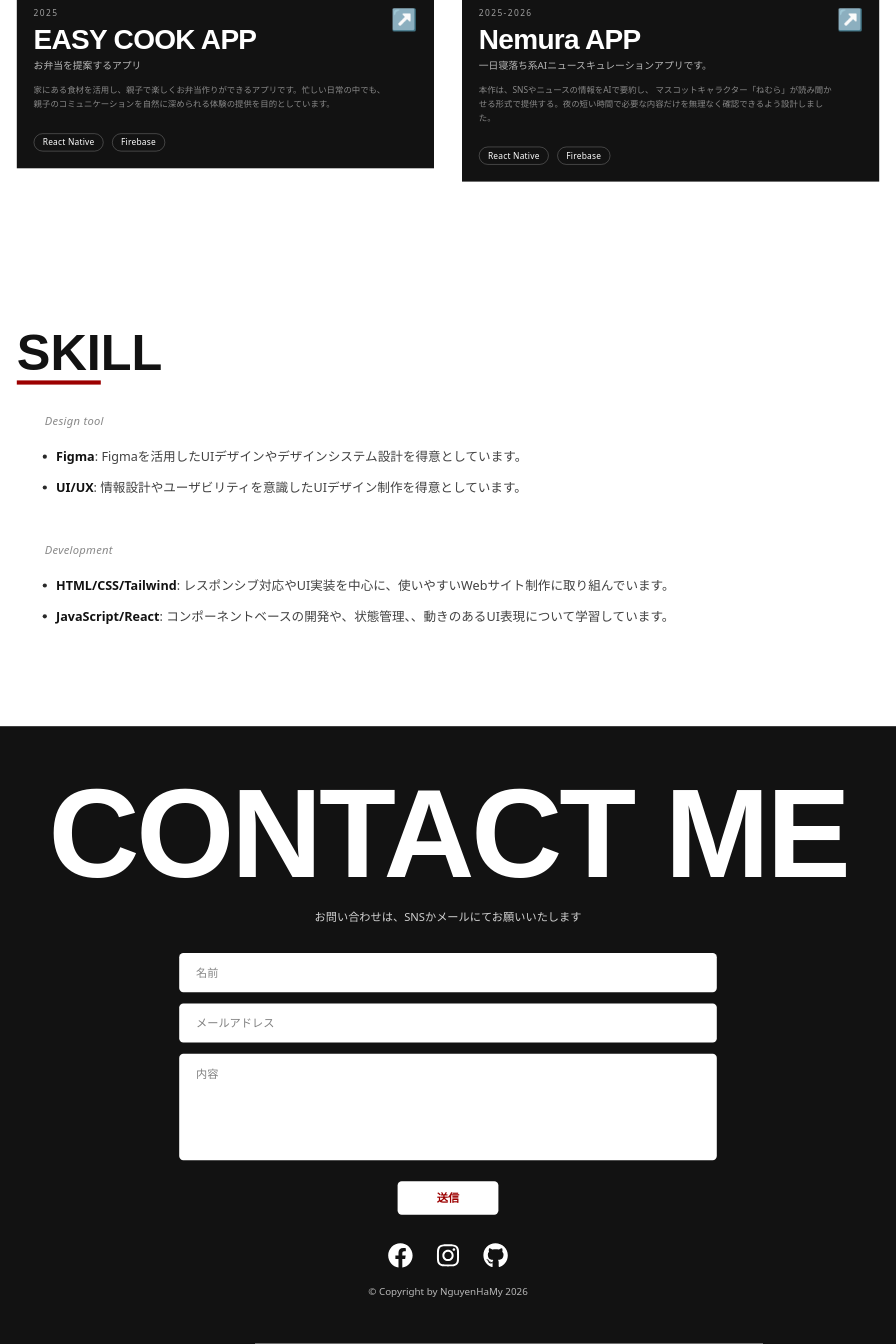
Repository: meme2603/Portfolio-HaMy
Page: / (app in my-portfolio/)
An editor plug-in stored every save of this project. The page is shown before and after the next save, followed by the edit.
The browser window is 1280 px wide. The pictures show the part of the page from y = 4338 to 6258 px (the page is 6258 px tall before and 6238 px after), at 70% of full size.
Some web fonts or font styles are not loaded; a fallback is used. The project was rebuilt for these pictures with package versions that can differ from the ones it lists, and the page was loaded fresh each time. Also part of the build but not shown: my-portfolio/vite.config.js.

Above is the page before, as saved 2026-05-29 14:54:07.

### my-portfolio/index.html
<!doctype html>
<html lang="ja">
  <head>
    <meta charset="UTF-8" />

    <link rel="icon" type="image/png" href="/memex2.png" />
    <meta name="viewport" content="width=device-width, initial-scale=1.0" />
    <title>My Portfolio</title>
    <link rel="preconnect" href="https://fonts.googleapis.com" />
    <link rel="preconnect" href="https://fonts.gstatic.com" crossorigin />
    <link
      href="https://fonts.googleapis.com/css2?family=Akshar:wght@300..700&family=Poppins:wght@300;400;600;700&display=swap"
      rel="stylesheet"
    />
  </head>
  <body>
    <div id="root"></div>

    <script type="module" src="/src/main.jsx"></script>
  </body>
</html>

### my-portfolio/src/main.jsx
import React from "react";
import ReactDOM from "react-dom/client";
import App from "./App";
import "./index.css";

ReactDOM.createRoot(document.getElementById("root")).render(
  <React.StrictMode>
    <App />
  </React.StrictMode>,
);

### my-portfolio/src/App.jsx
import Header from "./components/Header";
import Hero from "./components/Hero";
import About from "./components/About";
import Projects from "./components/Projects";
import Skills from "./components/Skills";
import Contact from "./components/Contact";
function App() {
  return (
    <div className="App">
      <Header />
      <Hero />
      <About />
      <Projects />
      <Skills />
      <Contact />
    </div>
  );
}

export default App;

### my-portfolio/src/index.css
@import "tailwindcss";
@theme {
  --color-primary: #9c0000;
  --color-background: #fff;
  --color-font: #121212;

  --opacity-overlay: 0.65;
  --opacity-glass: 0.1;

  --font-poppins: "Poppins", sans-serif;
  --font-akshar: "Akshar", sans-serif;
}

### my-portfolio/src/components/Header.jsx
import { useState } from "react";
function MenuItem({ text }) {
  return (
    <li>
      <a
        href={`#${text.toLowerCase()}`}
        className="text-primary text-xl relative group transition-colors"
      >
        {text}
        <span
          className="
            absolute left-0 -bottom-[4px] w-0 h-[1px] bg-primary
            transition-all duration-300 group-hover:w-full
          "
        ></span>
      </a>
    </li>
  );
}

function Header() {
  const [isOpen, setIsOpen] = useState(false);
  const menuItems = ["About", "Projects", "Contact"];
  return (
    <header className="fixed top-0 left-0 w-full h-24 bg-background border-b border-gray-300 z-60">
      <div className="max-w-7xl mx-auto h-full px-6 flex justify-between items-center">
        <div className="shrink-0">
          <a
            href="/"
            className="text-4xl text-primary font-semibold font-akshar"
          >
            HA MY
          </a>
        </div>

        <nav className="hidden lg:block">
          <ul className="flex space-x-10">
            {menuItems.map((item) => (
              <MenuItem key={item} text={item} />
            ))}
          </ul>
        </nav>

        <button
          onClick={() => setIsOpen(!isOpen)}
          className="block lg:hidden text-primary focus:outline-none z-50"
          aria-label="Menu"
        >
          <svg
            xmlns="http://www.w3.org/2000/svg"
            className="h-8 w-8"
            fill="none"
            viewBox="0 0 24 24"
            stroke="currentColor"
          >
            <path
              strokeLinecap="round"
              strokeLinejoin="round"
              strokeWidth="2"
              d={isOpen ? "M6 18L18 6M6 6l12 12" : "M4 6h16M4 12h16M4 18h16"}
            />
          </svg>
        </button>

        <div
          className={`
            absolute top-24 left-0 w-full bg-background border-b border-gray-300
            flex flex-col items-center shadow-lg lg:hidden
            overflow-hidden transition-all duration-700 ease-in-out
            ${isOpen ? "max-h-96 opacity-100 py-8 space-y-6" : "max-h-0 opacity-0 py-0 space-y-0 border-none"}
          `}
        >
          <div className="flex flex-col items-center w-full py-6 space-y-6">
            <a
              href="#about"
              onClick={() => setIsOpen(false)}
              className="text-primary text-2xl transition-opacity duration-700"
            >
              About
            </a>
            <a
              href="#projects"
              onClick={() => setIsOpen(false)}
              className="text-primary text-2xl transition-opacity duration-700"
            >
              Projects
            </a>
            <a
              href="#contact"
              onClick={() => setIsOpen(false)}
              className="text-primary text-2xl transition-opacity duration-700"
            >
              Contact
            </a>
          </div>
        </div>
      </div>
    </header>
  );
}

export default Header;

### my-portfolio/src/components/About.jsx
import aboutImg from "../assets/about.jpg";
function About() {
  return (
    <section className="relative w-full h-auto py-24 bg-background overflow-hidden mt-16">
      <div className="max-w-7xl mx-auto px-6 md:px-10">
        {/* TITLE */}
        <div className="mb-16">
          <h1 className="text-5xl md:text-6xl lg:text-7xl font-bold font-akshar text-font leading-none">
            ABOUT ME
          </h1>

          <div className="w-[80px] md:w-[100px] lg:w-[120px] lg:h-[6px] md:h-[5px] h-[4px] bg-primary mt-1"></div>
        </div>

        {/* CONTENT */}
        <div className="flex flex-col lg:flex-row items-center lg:items-start gap-16">
          {/* LEFT */}
          <div className="w-full lg:w-[380px] shrink-0">
            <div className="bg-white rounded-2xl shadow-md p-5">
              <img
                src={aboutImg}
                alt="About Me"
                className="w-full  h-[300px] object-cover rounded-xl"
              />

              <div className="mt-5">
                <h2 className="text-3xl font-akshar font-bold tracking-wide text-font">
                  NGUYEN THI HA MY
                </h2>

                <p className="text-font/70 text-lg mt-1">2001.03.30</p>
              </div>

              <div className="flex gap-3 mt-6">
                <span className="border border-font rounded-full px-4 py-2 text-sm">
                  UI/UX Designer
                </span>

                <span className="border border-font rounded-full px-4 py-2 text-sm">
                  Design Engineer
                </span>
              </div>
            </div>
          </div>

          {/* RIGHT */}
          <div className="flex-1 max-w-[760px]">
            <h2 className="text-2xl md:text-3xl font-semibold font-akshar text-primary tracking-[4px] mb-8">
              PROFILE!!
            </h2>

            <div className="space-y-6 text-font leading-[2.2] text-sm md:text-base lg:text-lg">
              <p>
                ベトナム出身の
                <span className="font-semibold">
                  グエン ティ ハ ミー（ NGUYEN THI HA MY）
                </span>
                です。
              </p>

              <p>
                現在は専門学校で、
                <span className="font-semibold">デザインやコーディング </span>
                について学びながらWeb制作やフロントエンド技術の基礎を学んでおります。
              </p>

              <p>
                2021年に来日し、最初の1年間は日本語学校で日本語を学びました。
                <br />
                その後、ビジネス専門学校に進学し、日本の文化やビジネスマナー、コミュニケーション力を身につけてまいりました。
                その中で、コンピュータの授業を通して、Webデザインという職業があることを初めて知り、興味を持つようになりました。
              </p>

              <p>
                留学生として日本とベトナム両方の文化に触れてきた経験を活かし、将来はユーザーの多様な視点やニーズを理解し、最適な体験をデザインする
                <span className="font-semibold text-primary text-xl">
                  UI/UXデザイナー
                </span>
                を目指しております。
              </p>
            </div>
          </div>
        </div>
      </div>
    </section>
  );
}
export default About;

### my-portfolio/src/components/Projects.jsx
import ProjectSection from "./ProjectSection";
import { websiteProjects, appProjects } from "./ProjectsData";

function Projects() {
  return (
    <section className="pt-20 bg-background">
      <div className="max-w-7xl mx-auto px-6">
        <h1 className="text-5xl md:text-6xl lg:text-7xl font-akshar font-bold text-font">
          PROJECTS
        </h1>
        <div className="w-[80px] md:w-[100px] lg:w-[120px] lg:h-[6px] md:h-[5px] h-[4px] bg-primary mt-1 mb-20"></div>
        <ProjectSection
          title="Website Design"
          description="学校で学んだ知識を活かし、企画からデザイン、コーディングまで一貫して制作したWebプロジェクトです。"
          projects={websiteProjects}
        />
        <ProjectSection
          title="Application Design"
          description="チームプロジェクトとして、企画からUI/UX設計までチームで共同制作したモバイルアプリです。"
          projects={appProjects}
        />
      </div>
    </section>
  );
}

export default Projects;

### my-portfolio/src/components/Skills.jsx
import { skillData } from "./ProjectsData";

function Skill() {
  return (
    <section className="w-full pt-20 pb-16">
      <div className="max-w-7xl mx-auto px-6 pb-10">
        <h2 className="text-5xl md:text-6xl lg:text-7xl font-bold font-akshar text-font leading-none">
          SKILL
        </h2>

        <div className="w-[80px] md:w-[100px] lg:w-[120px] lg:h-[6px] md:h-[5px] h-[4px] bg-primary mt-1"></div>
      </div>

      <div className="max-w-7xl mx-auto px-16 space-y-16">
        {skillData.map((group, index) => (
          <div key={index}>
            <h3 className="text-base font-medium text-font/50 mb-6 tracking-wide italic">
              {group.category}
            </h3>

            <ul className="space-y-4 pl-4">
              {group.skills.map((skill, sIndex) => (
                <li key={sIndex} className="list-disc text-font/90 text-lg">
                  <span className="font-bold text-font">{skill.name}</span>
                  <span className="text-font/80 font-light">
                    : {skill.status} {skill.desc}
                  </span>
                </li>
              ))}
            </ul>
          </div>
        ))}
      </div>
    </section>
  );
}

export default Skill;

### my-portfolio/src/components/Contact.jsx
import { FaFacebook, FaInstagram, FaGithub } from "react-icons/fa";

function Contact() {
  return (
    <section className="bg-font text-background py-16 overflow-hidden mt-20">
      <div className="max-w-7xl mx-auto px-6">
        <h1
          className="
                text-center
                font-akshar
                font-bold
                leading-none
                tracking-tight
                text-[70px]
                sm:text-[100px]
                md:text-[140px]
                lg:text-[180px]
                "
        >
          CONTACT ME
        </h1>
        <p
          className="
                text-center
                text-sm
                md:text-base
                text-white/80
                mt-4
                mb-10
                "
        >
          お問い合わせは、SNSかメールにてお願いいたします
        </p>
        <form className="max-w-3xl mx-auto">
          <input
            type="text"
            placeholder="名前"
            className="
                    w-full
                    bg-background
                    text-font
                    rounded-md
                    px-6
                    py-4
                    mb-4
                    outline-none
                "
          />
          <input
            type="email"
            placeholder="メールアドレス"
            className="
                    w-full
                    bg-white
                    text-black
                    rounded-md
                    px-6
                    py-4
                    mb-4
                    outline-none
                "
          />
          <textarea
            placeholder="内容"
            rows="5"
            className="
                    w-full
                    bg-white
                    text-black
                    rounded-md
                    px-6
                    py-4
                    outline-none
                    resize-none
                "
          ></textarea>
          <div className="flex justify-center mt-6">
            <button
              className="
                    bg-background
                    text-primary
                    px-14
                    py-3
                    rounded-md
                    font-semibold
                    transition-all
                    duration-300
                    hover:scale-105
                    "
            >
              送信
            </button>
          </div>
        </form>
        <div className="flex justify-center gap-8 mt-10 text-4xl">
          <a href="/" className="hover:scale-110 transition-all duration-300">
            <FaFacebook />
          </a>

          <a href="/" className="hover:scale-110 transition-all duration-300">
            <FaInstagram />
          </a>

          <a href="/" className="hover:scale-110 transition-all duration-300">
            <FaGithub />
          </a>
        </div>

        {/* COPYRIGHT */}
        <p
          className="
                text-center
                text-sm
                text-background/70
                mt-6
                "
        >
          © Copyright by NguyenHaMy 2026
        </p>
      </div>
    </section>
  );
}

export default Contact;

### my-portfolio/src/components/ProjectSection.jsx
import ProjectCard from "./ProjectCard";

function ProjectSection({ title, description, projects }) {
  return (
    <section className="mb-32">
      <h2
        className="
          text-[32px]
          leading-none
          font-bold
          font-akshar
          tracking-tight
          text-primary
        "
      >
        {title}
      </h2>

      <p
        className="
          mt-4
          text-font/70
          leading-relaxed
        "
      >
        {description}
      </p>

      <div className="grid grid-cols-1 md:grid-cols-2 gap-10 mt-14">
        {projects.slice(0, 4).map((project, index) => (
          <ProjectCard
            key={index}
            year={project.year}
            title={project.title}
            titleJP={project.titleJP}
            description={project.desc}
            tags={project.tags}
            image={project.img}
          />
        ))}
      </div>
    </section>
  );
}

export default ProjectSection;

### my-portfolio/src/components/ProjectCard.jsx
// ProjectCard = component dùng để hiển thị 1 project card
function ProjectCard({ year, title, titleJP, description, tags, image }) {
  return (
    <div className="group cursor-pointer ">
      <div className="overflow-hidden bg-font">
        <img
          src={image}
          alt={title}
          className="
            w-full
            object-cover
            transition-all
            duration-500
            group-hover:scale-105
            group-hover:opacity-90
          "
        />
      </div>

      {/* INFO */}
      <div className="bg-font text-background px-6 py-6 ">
        <div className="flex items-start justify-between">
          <div>
            {/* ĐIỀN NĂM VÀO ĐÂY */}
            <p className="text-[12px] tracking-[2px] text-background/60 ">
              {year}
            </p>

            {/* ĐIỀN TIÊU ĐỀ VÀO ĐÂY */}
            <h3
              className="
                text-[40px]
                leading-none
                font-bold
                font-akshar
                tracking-tight
                mt-2
              "
            >
              {title}
            </h3>

            {/* ĐIỀN TIẾNG NHẬT VÀO ĐÂY */}
            <p className="text-sm text-background/70 mt-2">{titleJP}</p>

            {/* ĐIỀN MÔ TẢ VÀO ĐÂY */}
            <p className="text-xs text-background/50 leading-relaxed mt-4">
              {description}
            </p>
          </div>

          <div
            className="
              text-3xl
              transition-transform
              duration-300
              group-hover:translate-x-1
              group-hover:-translate-y-1
            "
          >
            ↗
          </div>
        </div>

        {/* BOTTOM - CHỖ NÀY ĐỂ HIỆN TAGS TỰ ĐỘNG NÈ */}
        <div className="mt-8 flex items-center gap-3 flex-wrap">
          {tags &&
            tags.map((tag, index) => (
              <span
                key={index}
                className="
                border
                border-background/30
                rounded-full
                px-3
                py-1
                text-xs
                tracking-wide
              "
              >
                {tag}
              </span>
            ))}
        </div>
      </div>
    </div>
  );
}

export default ProjectCard;

Loaded but not shown: my-portfolio/src/components/ProjectsData.js (96 lines, source omitted); my-portfolio/src/components/Hero.jsx (134 lines, source omitted)

After the next save:
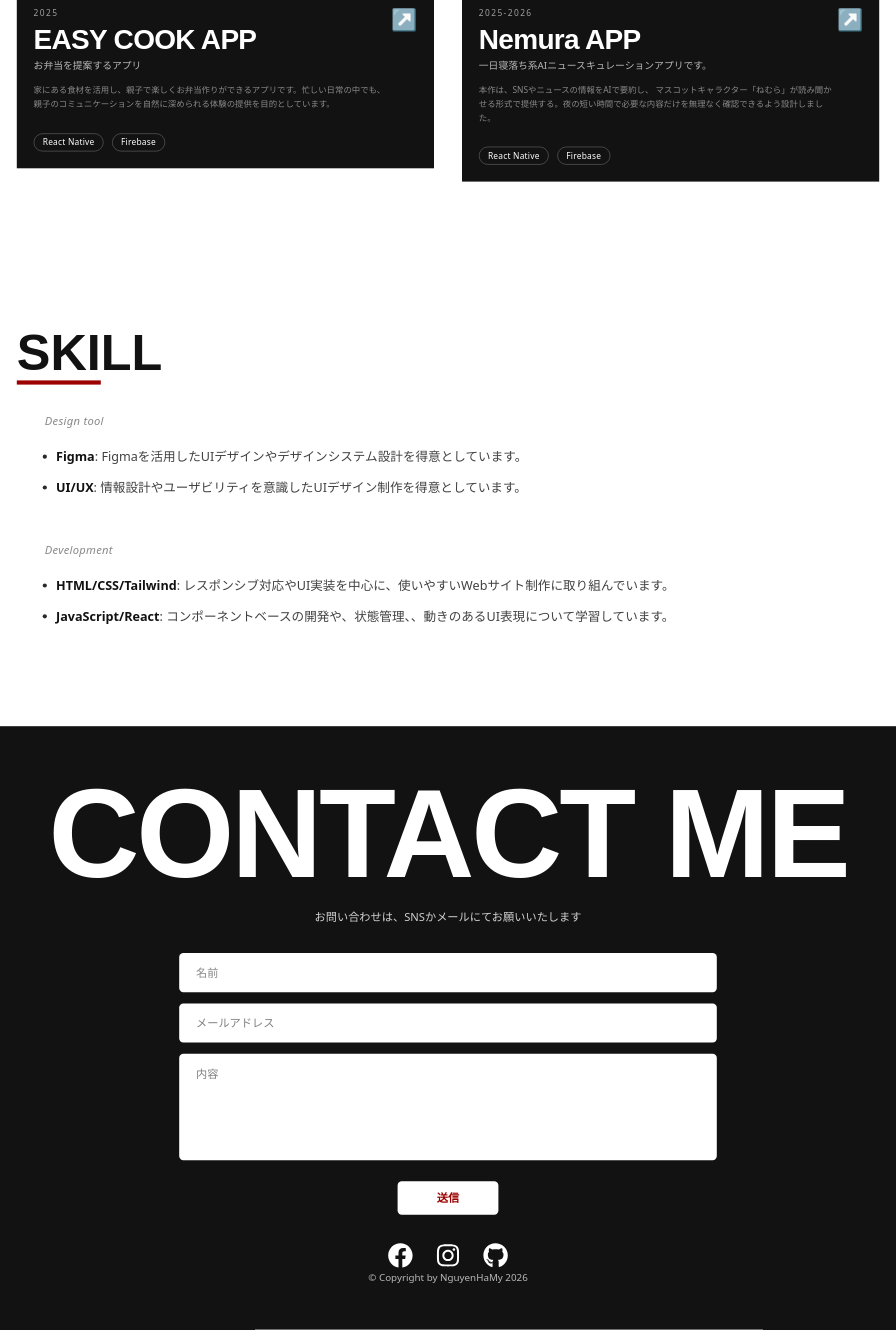
Saved 11 s later.
--- a/my-portfolio/src/components/Contact.jsx
+++ b/my-portfolio/src/components/Contact.jsx
@@ -112,7 +112,7 @@
                 text-center
                 text-sm
                 text-background/70
-                mt-6
+                mt-1
                 "
         >
           © Copyright by NguyenHaMy 2026

After the save that followed:
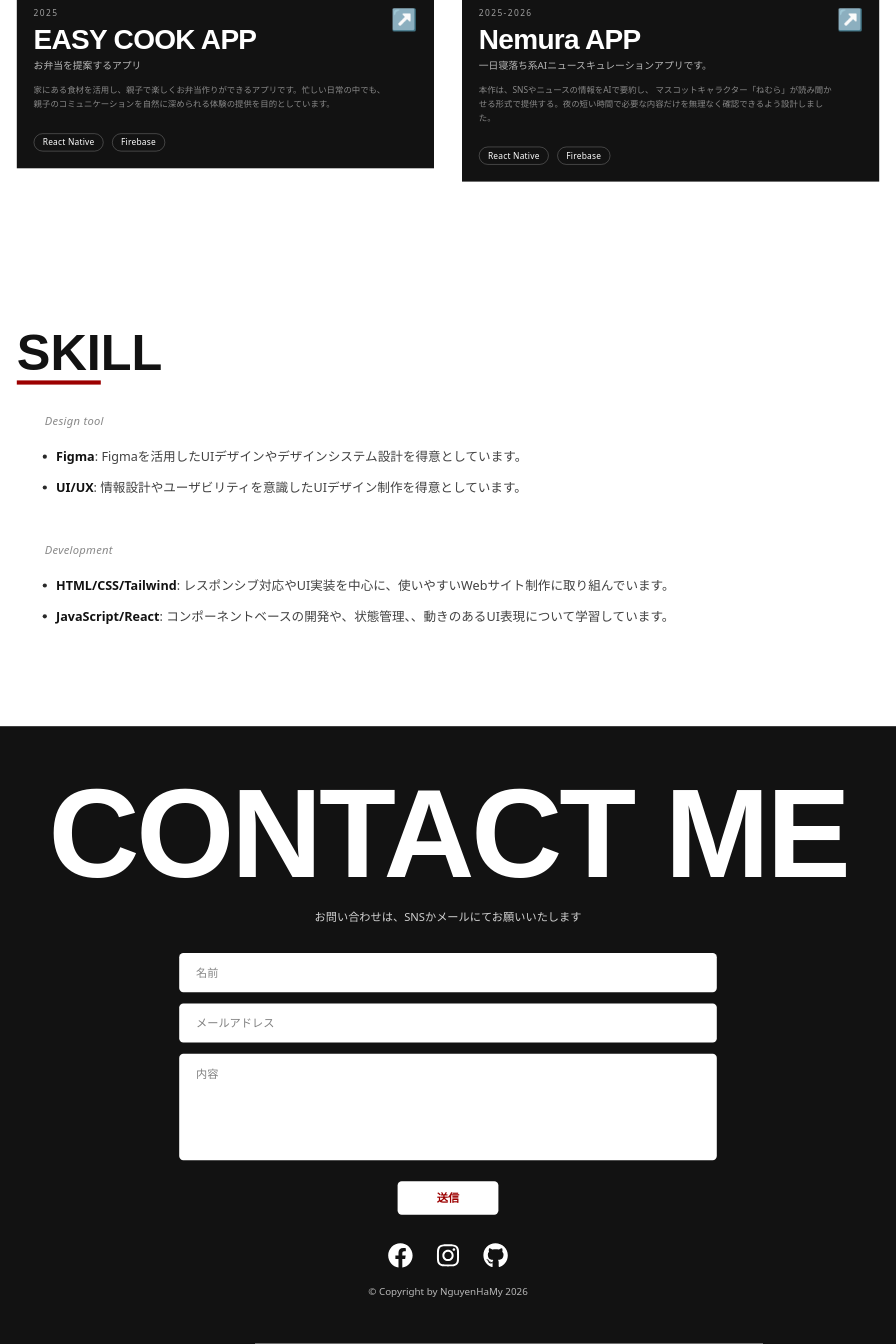
Saved 6 s later.
--- a/my-portfolio/src/components/Contact.jsx
+++ b/my-portfolio/src/components/Contact.jsx
@@ -112,7 +112,7 @@
                 text-center
                 text-sm
                 text-background/70
-                mt-1
+                mt-6
                 "
         >
           © Copyright by NguyenHaMy 2026
